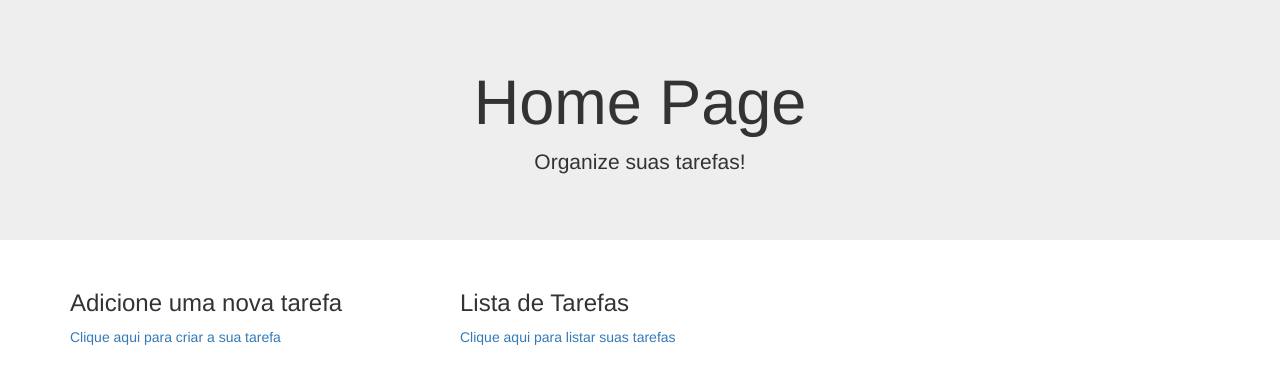
Repository: engcarlosrosa/ChatInsper
Page: http://localhost/handout15/homepage
An editor plug-in stored every save of this project. The page is shown before and after the next save, followed by the edit.
The browser window is 1280 px wide. The pictures show the whole page.
The page is served by Tomcat 9.

Above is the page before, as saved 2016-10-25 21:22:10.

After the next save:
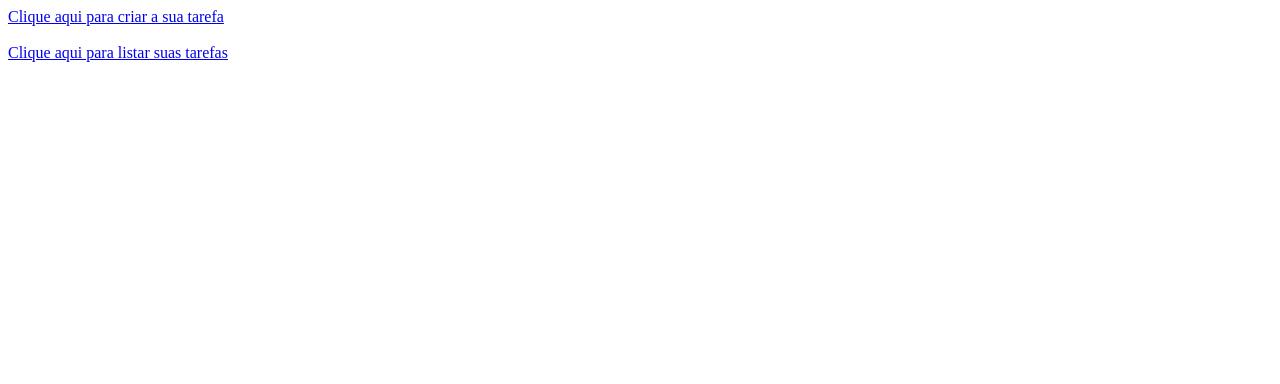
Saved 5 min 19 s later.
--- a/handout15/WebContent/WEB-INF/views/homepage.jsp
+++ b/handout15/WebContent/WEB-INF/views/homepage.jsp
@@ -1,33 +1,18 @@
-<%@ page language="java" contentType="text/html; charset=UTF-8" pageEncoding="UTF-8"%>
-<!DOCTYPE html>
-<html lang="en">
+<%@ page language="java" contentType="text/html; charset=ISO-8859-1"
+    pageEncoding="ISO-8859-1"%>
+<!DOCTYPE html PUBLIC "-//W3C//DTD HTML 4.01 Transitional//EN" "http://www.w3.org/TR/html4/loose.dtd">
+
+<html>
 <head>
-  <title>Home Page</title>
-  <meta charset="utf-8">
-  <meta name="viewport" content="width=device-width, initial-scale=1">
-  <link rel="stylesheet" href="https://maxcdn.bootstrapcdn.com/bootstrap/3.3.7/css/bootstrap.min.css">
-  <script src="https://ajax.googleapis.com/ajax/libs/jquery/1.12.4/jquery.min.js"></script>
-  <script src="https://maxcdn.bootstrapcdn.com/bootstrap/3.3.7/js/bootstrap.min.js"></script>
+<meta http-equiv="Content-Type" content="text/html; charset=ISO-8859-1">
+<title>Home page</title>
 </head>
 <body>
-
-<div class="jumbotron text-center">
-  <h1>Home Page</h1>
-  <p>Organize suas tarefas!</p>
-</div>
-
-<div class="container">
-  <div class="row">
-    <div class="col-sm-4">
-      <h3>Adicione uma nova tarefa</h3>
-      <a href="criaTarefa">Clique aqui para criar a sua tarefa</a>
-    </div>
-    <div class="col-sm-4">
-      <h3>Lista de Tarefas</h3>
-      <a href="listaTarefas">Clique aqui para listar suas tarefas</a>
-    </div>
-  </div>
-</div>
-
+<body>
+<a href="criaTarefa">Clique aqui para criar a sua tarefa</a>
+<br>
+<br>
+<a href="listaTarefas">Clique aqui para listar suas tarefas</a>
+</body>
 </body>
 </html>
